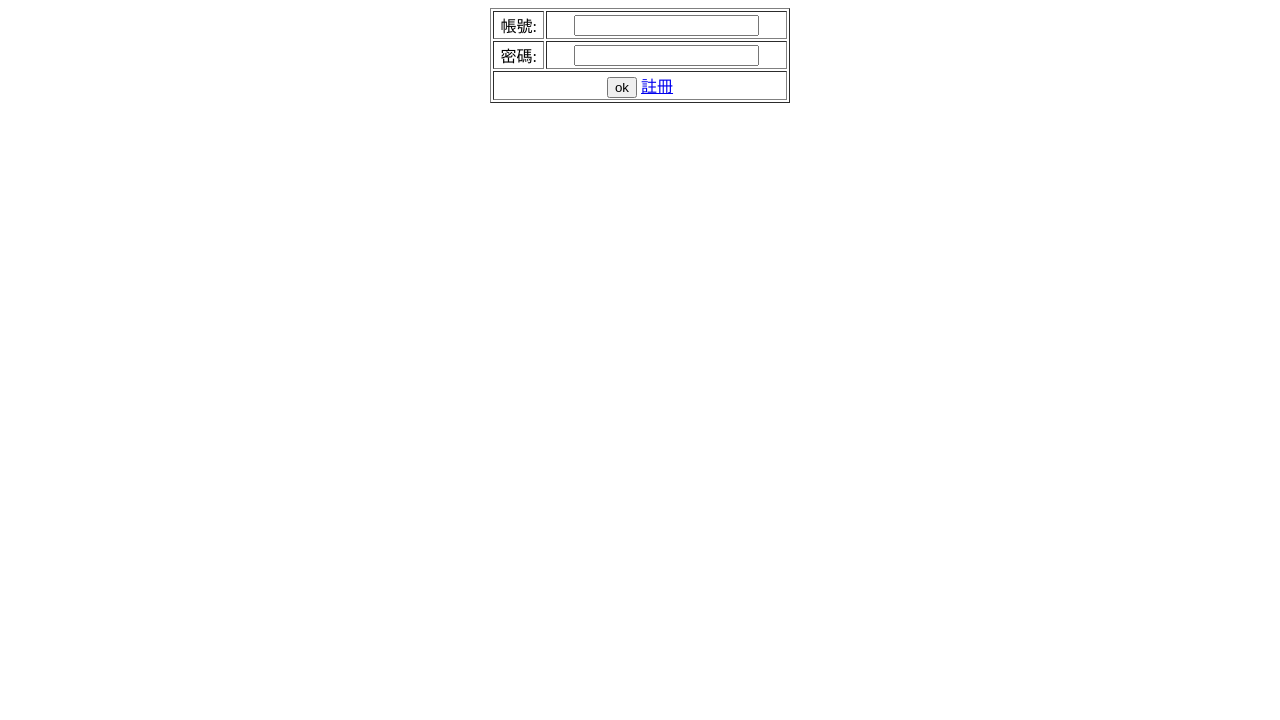
Repository: pride0420/portfolio
Page: Portfolio/1_springBoot/src/main/resources/static/index.html
These files come from the project's save history. The page is drawn as it stood at one moment and after the next save; the edit follows.
The browser window is 1280 px wide. The pictures show the whole page.

Above is the page before, as saved 2023-11-30 14:19:24.

After the next save:
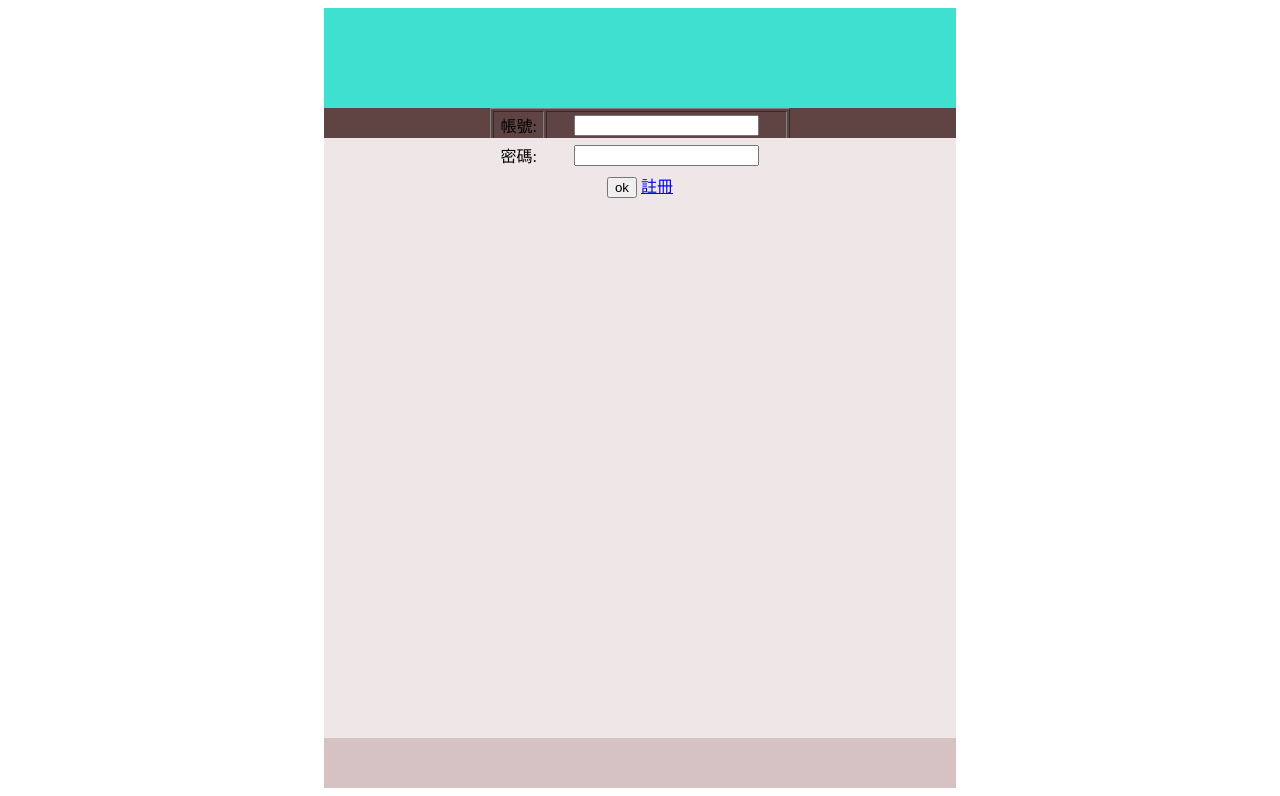
Saved 87 s later.
--- a/Portfolio/1_springBoot/src/main/resources/static/css/index.css
+++ b/Portfolio/1_springBoot/src/main/resources/static/css/index.css
@@ -1 +1,33 @@
 @charset "BIG5";
+
+#header{
+	background-color: #40e0d0 ;
+	width: 50%;
+	height:100px;
+	margin-left: 25%;
+
+}
+#navigater{
+
+	background-color:#604443;
+	width: 50%;
+	height:30px;
+	margin-left: 25%;
+}
+#nav{
+	color:white;
+	padding-left:60%;
+
+}
+#content{
+	background-color:#EFE7E7;
+	width: 50%;
+	height:600px;
+	margin-left: 25%;
+}
+#footer{
+	background-color:#D6C2C2;
+	width: 50%;
+	height:50px;
+	margin-left: 25%;
+}
